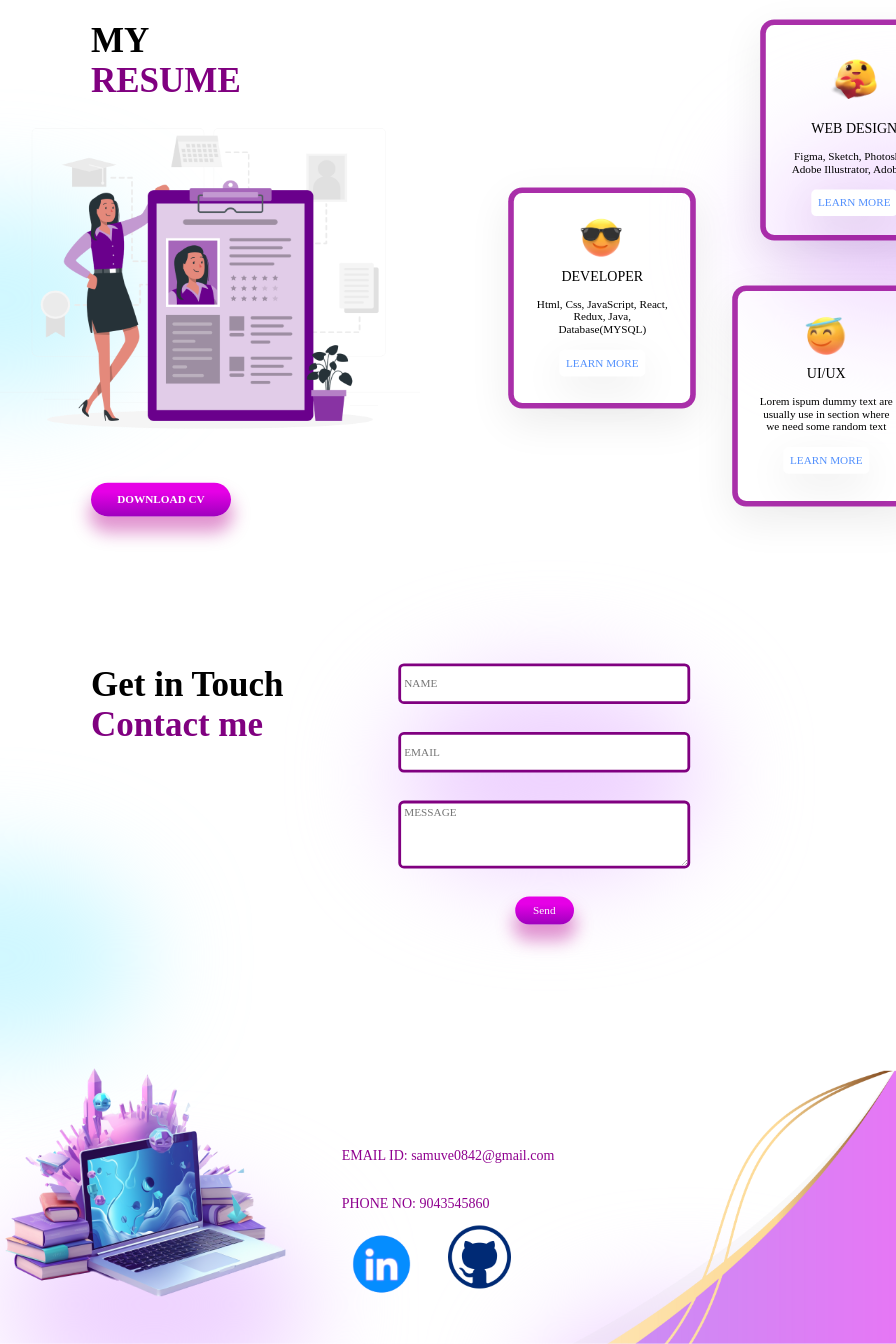
Repository: glorysandy/Protfolio
Page: /
An editor plug-in stored every save of this project. The page is shown before and after the next save, followed by the edit.
The browser window is 1280 px wide. The pictures show the part of the page from y = 3384 to 5304 px (the page is 5304 px tall), at 70% of full size.
Some web fonts or font styles are not loaded; a fallback is used. The project was rebuilt for these pictures with package versions that can differ from the ones it lists, and the page was loaded fresh each time. Imported but missing from the stored project, and not drawn on this page: src/components/Services/SANDHIYA.P (RESUME).pdf.

Above is the page before, as saved 2024-10-17 00:56:44.

### public/index.html
<!DOCTYPE html>
<html lang="en">
  <head>
    <meta charset="utf-8" />
    <link rel="icon" href="%PUBLIC_URL%/favicon.ico" />
    <meta name="viewport" content="width=device-width, initial-scale=1" />
    <meta name="theme-color" content="#000000" />
    <meta
      name="description"
      content="Web site created using create-react-app"
    />
    <style>
      @font-face{
        font-family: Gumela;
        src:url('../src/fonts/*');
      }
      *{
        font-family: 'Gumela';
        font-weight:normal ;
        font-size: 20px;

      }
      body{
        margin: 0;
      }
    </style>
    <link rel="apple-touch-icon" href="%PUBLIC_URL%/logo192.png" />
    <!--
      manifest.json provides metadata used when your web app is installed on a
      user's mobile device or desktop. See https://developers.google.com/web/fundamentals/web-app-manifest/
    -->
    <link rel="manifest" href="%PUBLIC_URL%/manifest.json" />
    <!--
      Notice the use of %PUBLIC_URL% in the tags above.
      It will be replaced with the URL of the `public` folder during the build.
      Only files inside the `public` folder can be referenced from the HTML.

      Unlike "/favicon.ico" or "favicon.ico", "%PUBLIC_URL%/favicon.ico" will
      work correctly both with client-side routing and a non-root public URL.
      Learn how to configure a non-root public URL by running `npm run build`.
    -->
    <title>React App</title>
  </head>
  <body>
    <noscript>You need to enable JavaScript to run this app.</noscript>
    <div id="root"></div>
    <!--
      This HTML file is a template.
      If you open it directly in the browser, you will see an empty page.

      You can add webfonts, meta tags, or analytics to this file.
      The build step will place the bundled scripts into the <body> tag.

      To begin the development, run `npm start` or `yarn start`.
      To create a production bundle, use `npm run build` or `yarn build`.
    -->
  </body>
</html>

### src/components/Navbar/Navbar.jsx
import React from "react";
import Toggle from "../Toggle/Toggle";
import "./Navbar.css";
import { Link } from "react-scroll";
const navbar = () => {
  return (
    <div className="n-wrapper" id="Navbar">
      {/* left */}
      <div className="n-left">
        <div className="n-name">MODE</div>
        <Toggle />
      </div>
      {/* right */}
      <div className="n-right">
        <div className="n-list">
          <ul style={{ listStyleType: "none" }}>
            <li>
              <Link activeClass="active" to="Navbar" spy={true} smooth={true}>
                HOME
              </Link>
            </li>
            <li>
              <Link to="testimonial" spy={true} smooth={true}>
                ABOUT
              </Link>
            </li>
            <li>
              <Link to="works" spy={true} smooth={true}>
                SKILLS
              </Link>
            </li>
            <li>
              <Link to="portfolio" spy={true} smooth={true}>
                PROJECTS
              </Link>
            </li>
            <li>
              <Link to=" services" spy={true} smooth={true}>
                RESUME
              </Link>
            </li>
          </ul>
        </div>
        <Link to="contact" spy={true} smooth={true}>
        <button className="button n-button">CONTACT</button>
        </Link>
      </div>
    </div>
  );
};

export default navbar;

### src/components/Experience/Experience.jsx
import React, { useContext } from "react";
import { themeContext } from "../../Context";
import "./Experience.css";
const Experience = () => {
  const theme = useContext(themeContext);
  const darkMode = theme.state.darkMode;

  return (
    <div className="experience" id='experience'>
      <div className="achievement">
        {/* darkMode */}
        <div className="circle" style={{color: darkMode?'var(--orange)':''}}>4+</div>
        <span  style={{color: darkMode?'white':''}}>months </span>
        <span>Experience</span>
      </div>
      <div className="achievement">
        <div className="circle" style={{color: darkMode?'var(--orange)':''}}>10+</div>
        <span  style={{color: darkMode?'white':''}}>completed </span>
        <span>Projects</span>
      </div>
    </div>
  );
};

export default Experience;

### src/components/Contact/Contact.jsx
import React, { useContext, useRef, useState } from "react";
import "./Contact.css";
import emailjs from '@emailjs/browser';
import { themeContext } from "../../Context";

const Contact = () => {
  const theme = useContext(themeContext);
  const darkMode = theme.state.darkMode;
  const form = useRef();
  const [done, setDone] = useState(false)
  const sendEmail = (e) => {
    e.preventDefault();

    emailjs
      .sendForm(
        "service_y60teja",
        "template_4kj4n7i",
        form.current,
        "ORKOyUiaYznGkr2zZ"
      )
      .then(
        (result) => {
          console.log(result.text);
          setDone(true);
          form.reset();
        },
        (error) => {
          console.log(error.text);
        }
      );
  };

  return (
    <div className="contact-form" id="contact">
      {/* left side copy and paste from work section */}

      <div className="w-left">
        <div className="awesome">
          {/* darkMode */}
          <span style={{color: darkMode?'white': ''}}>Get in Touch</span>
          <span style={{color:"purple"}}>Contact me</span>
          <div
            className="blur s-blur1"
            style={{ background: "#ABF1FF94" }}
          ></div>
        </div>
      </div>
      {/* right side form */}
      <div className="c-right">
      <form ref={form}  onSubmit={sendEmail}>
          <input type="text" name="user_name" className="user"  placeholder="NAME"/>
          <input type="email" name="user_email" className="user" placeholder="EMAIL"/>
          <textarea name="message" className="user" placeholder="MESSAGE"/>
          <input  type="submit" value="Send" className="button"/>
          <span  className="c-t">{done && "Thanks for Contacting me"}</span>  </form>
          <div
            className="blur c-blur1"
            style={{ background: "var(--purple)" }}
          ></div>


      </div>
      </div>

  );
};

export default Contact;

### src/components/Footer/Footer.jsx
import React from "react";
import "./Footer.css";
import Git from "../../img/git3.png";
import ins from "../../img/mylink.png";
import end from "../../img/end.png";
import wave2 from "../../img/AdobeStock_559187959 copy.png";
import { width } from "@fortawesome/free-brands-svg-icons/fa42Group";
const Footer = () => {

  const config ={
    social:{
      Github:'https://github.com/glorysandy',
      LinkedIn:'https://www.linkedin.com/in/sandhiya-parasuraman-822719298/',

    }
}


  return (
    <div className="footer">
     <img src={wave2} alt="" style={{ width: "100%", height: "80%",  marginTop:"-2vh"}} />

     <div className="blur t-blur1" style={{ background: "var(--purple)" }}></div>
      <div className="blur t-blur2" style={{ background: "var(--purple)" }}></div>
      <div className="f-content"  >
        <div>        <span > EMAIL ID: samuve0842@gmail.com</span> <br></br> <br></br> <br></br>
        <span>PHONE NO: 9043545860</span>
        </div>
        <div className="f-back"  >
       <img
          src={end}
          alt=""
        />
        </div>

        <div className="f-icons" >

          <a href={config.social.LinkedIn} ><img src={ins} alt="" /></a>
          <a href={config.social.Github}><img src={Git} alt=""/></a>
        </div>

      </div>
      </div>
  );
};

export default Footer;

### src/components/Toggle/Toggle.jsx
import React, { useContext } from "react";
import "./Toggle.css";
import Moon from "@iconscout/react-unicons/icons/uil-moon";
import Sun from "@iconscout/react-unicons/icons/uil-sun";
import { themeContext } from "../../Context";

const Toggle = () => {
  const theme = useContext(themeContext);
  const darkMode = theme.state.darkMode;
  const handleClick = () => {
    // debugger
    theme.dispatch({ type: "toggle" });
  };
  return (
    <div className="toggle" onClick={handleClick}>
      <Moon />
      <Sun />
      {/*                              toggle.css mein left ki property aik assign hy ussy delete
                                          krna hy pehly */}
      <div
        className="t-button"
        style={darkMode ? { left: "2px" } : { right: "2px" }}
      ></div>
    </div>
  );
};

export default Toggle;

### src/components/Navbar/Navbar.css
.n-wrapper {
  height: 10vh;
  display: flex;
  justify-content: space-between;
  margin-bottom: 2rem;
  top: 0;
}
.n-left {
  flex: 1;
  align-items: center;
  justify-content: left;
  display: flex;
  gap: 2rem;

}
.n-name {
  font-size: 1.3rem;
  font-weight: bold;
}
.n-right {
  flex: 1;
  display: flex;
  align-items: center;
  justify-content: flex-end;
  font-weight: 400;

}
.n-right :hover{
  color: rgb(165, 0, 137);


}
.n-list {
  flex: 10;
}
.n-list > ul {
  display: flex;
  gap: 2rem;
  margin-right: 4rem;
}

.n-list > ul :hover {
  color: var(--orange);
  cursor: pointer;


}

.n-button {
  flex: 2;

}

@media screen and (max-width: 480px) {
  .n-list {
    display: none;
  }
}

### src/components/Testimonials/Testimonial.css
.t-wrapper{
    padding:  0 3rem 0 3rem;;
    height: 100vh;
    display: flex;
    align-items: center;
    justify-content: center;
    margin-top: 7rem;
    flex-direction: column;
    gap: 2rem;
    position: relative;


}
.t-heading{
    align-self: start;

}
.t-heading>*{
    font-size: 2rem;
    font-weight: bold;

}
.t-heading span:nth-of-type(2){
    color: rgba(170, 0, 170, 0.733);
}
.head{
    margin-left: -90vh;
    margin-top: -1rem;
    font-size: 20vh;
    color: purple;
    font-weight: bold;
    display: none;
}
.t-blur1{
    left: 38rem;
    top: 16rem;
}
.t-blur2{
    top: 9rem;
    left: 0;
}
.t-back{
    display: flex;
    position: relative;
    width: 35rem;
    height:35rem;
    left:-115vh;
    top:-3rem;
}
.t-sen{
font-size:1.6rem;
}
.t-sen:hover{
cursor: pointer;
color: rgb(121, 1, 101);
box-shadow: 0 0 20px rgb(255, 53, 238);
padding: 0.7rem;
border-radius: 5px;
}
.dup{
    display: none;

}
.dup{
    cursor: pointer;
    color: rgb(121, 1, 101);
    box-shadow: 0 0 20px rgb(255, 53, 238);
    padding: 0.7rem;
    border-radius: 5px;

}
@media screen and (max-width: 480px) {

    .t-back{
        flex-direction: column;
        transform: scale(0.6);
        margin-left:  -115px;
        gap:5rem;
        height: 64rem;
        margin-top: -70vh;
        position: relative;
    }
    .head{
        margin-top: -300vh;
        display: flex;
        margin-left: -20px;
    font-size: 20rem;
    font-weight: bolder;
    }
    .dup  {

        display: flex;
        margin-top: 4vh;
        transform: scale(1.0);
        border: 5px solid purple;
        color: black;
        width: 65vh;
        justify-content: start;
    }
    .c-t{
        transform: scale(0.7);
        margin-top: -2rem;
    }
}

### src/components/Experience/Experience.css
.experience {
  display: flex;
  align-items: center;
  justify-content: center;
  gap: 5rem;
  height: 30vh;
  margin-bottom: 8rem;
  /* darkmode */
  color: var(--black);
  margin-top: 15vh;
}
.achievement{
    display: flex;
    flex-direction: column;
    align-items: center;
}
.circle {

    width: 4rem;
    height: 4rem;
    background: white;
    border-radius: 100%;
    position: relative;
    display: flex;
    align-items: center;
    justify-content: center;
    font-size: 1.5rem;
    font-weight: bold;
    margin-bottom: 2rem;
}
.circle::before {
    border-radius: 100%;
    content: '';
    background-image: linear-gradient(to bottom, #87e6fb 0%, #ffc05c 100%);
    top: -8px;
    left: -8px;
    bottom: -8px;
    right: -8px;
    position: absolute;
    z-index:-1;
    box-shadow: var(--boxShadow);
}

.achievement span:nth-of-type(2){
    color: var(--orange);
}


@media screen and (max-width: 480px) {
    .experience{
        transform: scale(0.7);
        margin-top: 7rem;
    }
}

### src/components/Portfolio/Portfolio.css
.portfolio {
  display: flex;
  align-items: center;
  justify-content: center;
  flex-direction: column;
  height: 70vh;
margin-top: 3rem;;
}
/* heading */
.portfolio span:nth-of-type(1) {
  color: var(--black);
  font-size: 2rem;
  font-weight: bold;
}

.portfolio span:nth-of-type(2) {
  color: purple;
  font-size: 2.5rem;
  font-weight: bold;
}

/* slider */
.portfolio .swiper{
    overflow: visible!important;
}

.portfolio-slider {
  margin-top: 6rem;
  width: 100%;
}

.portfolio-slider .swiper-slide {
  width: 20rem;
}
.portfolio img {
  width: 19rem;
  filter: drop-shadow(-12px 15px 13px rgba(0, 0, 0, 0.25));
  border-radius: 19px;
}
.slide{
  cursor: pointer;
  background-color: rgb(1, 12, 22);
}
.s-blur2 {
  left: 14rem;
  top: 8rem;
}

.s-blur1 {
  top: 13rem;
  left: -18rem;
}

### src/components/Services/Services.css
.services {
  padding: 0 3rem 0 3rem;
  display: flex;
  height: 30rem;
  margin-bottom: 8rem;
  margin-top: 5rem;
  margin-bottom: 13rem;
  /* scroll view */
  padding-top: 3rem;
}
/* left side */
.awesome {
  display: flex;
  flex-direction: column;
  position: relative;
  /* gap: 20px; */
}

.awesome > :nth-child(1) {
  color: var(--black);
  font-size: 2.5rem;
  font-weight: bold;
}
.awesome > :nth-child(2) {
  color: purple;
  font-size: 2.5rem;
  font-weight: bold;
}
.awesome > :nth-child(3) {
  color: var(--gray);
  font-size: 14px;
  margin-top: 1rem;
}
.s-back{
  display: flex;
  position: relative;
  height: 80vh;
  width: 80vh;
  margin-left: -130px;
  margin-top: -3rem;
}

.s-button {
  width: 10rem;
  height: 2.4rem;
  margin-top: -0.3rem;
font-weight: 600;
}
/* right sided */
.cards {
  position: relative;
  left: 32vh;
}
.cards > * {
  position: absolute;
}

/* blur */
.s-blur2 {
  left: 14rem;
  top: 8rem;
}

.s-blur1 {
  top: 13rem;
  left: -18rem;
}

@media screen and (max-width: 480px) {
  .services {
    margin-top: 4rem;
    flex-direction: column;
    gap: 5rem;
    height: 66rem;
    padding: 2px;
  }
.s-back{
  transform: scale(0.8);
  padding: 1rem;
}
  .cards {
    display: flex;
    flex-direction: column;
    gap: 17rem;
  }
  .cards > * {
    position: static;
  }
  .s-button{
    justify-content: center;
    margin-left: 4rem;
  }
}

### src/components/Contact/Contact.css
.contact-form{
    padding: 0 3rem 0 3rem;
    display: flex;
    height: 80vh;
    margin-top: 1rem;
      /* scroll */
  padding-top: 3rem;
}


.c-right{
    display: flex;
    justify-content: center;
    position: relative;
    flex: 1;
}

.c-right>form
{
    display: flex;
    flex-direction: column;
    gap: 2rem;
    align-items: center;

}

.c-right .user{
    width: 20rem;
    height: 2rem;
    padding: 0.3em;
    outline: none;
    border: 4px solid purple;
    border-radius: 8px;
    font-size: 16px;

}

.user:hover{
    border: 4px solid purple ;
    background-color: rgb(245, 194, 255);
    box-shadow: 0 0 20px rgb(255, 170, 248);
cursor: pointer;
}
textarea{
    height: 4rem!important;
}

.c-blur1{
    top: 1rem;
    left: 8rem;
}

@media screen and (max-width: 480px) {
    .contact-form{
        padding: 1rem;
        flex-direction: column;
        gap: 5rem;
        height: 40rem;
        margin-top: 20rem;
    }
    .c-right .user{
        width: 16rem;
    }

}

### src/components/Footer/Footer.css
.footer {
  display: flex;
  align-items: center;
  margin: -0.5rem -3.5rem;
  position: relative;
  margin-top: 1rem;

}

.f-content {
  position: absolute;
  display: flex;
  align-items: center;
  justify-content: center;
  flex-direction: column;
  width: 100%;
  margin-top: 2rem;
  gap: 4rem;
  color: rgb(143, 0, 143);
  font-weight: 700;
  font-size: 10rem;
}
.f-ip{
  display: flex;
  position: relative;
  width: 5rem;
  height:5rem;

}
.f-icons {
  display: flex;
  gap: 2rem;
  margin-top: -3rem;
  margin-left: -60px;
}
.f-icons:hover{
color:rgb(254, 255, 176);
cursor: pointer;
}
.f-back{
  position: absolute;
  margin-left: -120vh;
  margin-top: -6rem;
}
@media screen and (max-width: 480px){
  .footer{
    margin-top: -8rem;
  }
  .f-content{
    transform: scale(.5);
    margin-left: 20px;
    margin-top: -0.5rem;


  }
  .f-back{
    transform: scale(0.65);
   margin-left: -570px;
  }
}

### src/components/Toggle/Toggle.css
.toggle{
    display: flex;
    justify-content:space-between;
    border: 3px solid var(--purple);
    border-radius: 1rem;
    position: relative;
    padding: 2px;
    cursor: pointer;

}
.toggle>*{
    width: 1rem;
    height: 1rem;
    color: purple;
}
.t-button{
    border-radius: 100%;
    background: var(--purple );
    position: absolute;
}
.t-button:hover{
    background: linear-gradient(180deg, #e600e6 26.71%, #9f00be 99.36%);
    box-shadow: 0px 20px 24px 3px rgba(184, 0, 144, 0.42);

}

### src/components/Card/Card.css
.card {
  width: 10rem;
  height: 13rem;
  position: absolute;
  display: flex;
  flex-direction: column;
  gap: 1rem;
  align-items: center;
  width: 10rem;
  text-align: center;
  background: rgba(255, 255, 255, 0.26);
  border: 8px solid rgba(150, 0, 150, 0.815);
  box-shadow: var(--boxShadow);
  border-radius: 20px;
  padding: 0px 26px 2rem 26px;
}
.card span:nth-of-type(2) {
  color: var(--gray);
  font-size: 16px;
}
.card > img {
  transform: scale(0.6);
  margin-bottom: -2rem;
}
.c-button {
    background: #FFFFFF;
    box-shadow: 0px 19px 60px rgba(0, 0, 0, 0.08);
    border-radius: 7px;
    border: none;
    padding: 10px;
    font-size: 16px;
    color: #5290FD;
}

.c-button:hover{
    transform: scale(1.1);
    cursor: pointer;
}
/* cards */




@media screen and (max-width: 480px){
  .card{
    width: 240px;
    margin-left: -140px;
    justify-content: center;
    padding: 1 rem;
  }
}

Loaded but not shown: src/index.js (common file); src/App.js (common file); src/Context.js (common file); src/App.css (common file); src/components/FloatingDiv/FloatingDiv.jsx (common file); src/components/Card/Card.jsx (common file); src/components/FloatingDiv/FloatingDiv.css (common file); src/components/Intro/Intro.jsx (109 lines, source omitted); src/components/Works/Works.jsx (95 lines, source omitted); src/components/Services/Services.jsx (95 lines, source omitted); src/components/Testimonials/Testimonial.jsx (42 lines, source omitted); src/components/Works/Works.css (150 lines, source omitted); src/components/Intro/Intro.css (129 lines, source omitted); src/components/Portfolio/Portfolio.jsx (69 lines, source omitted)

After the next save:
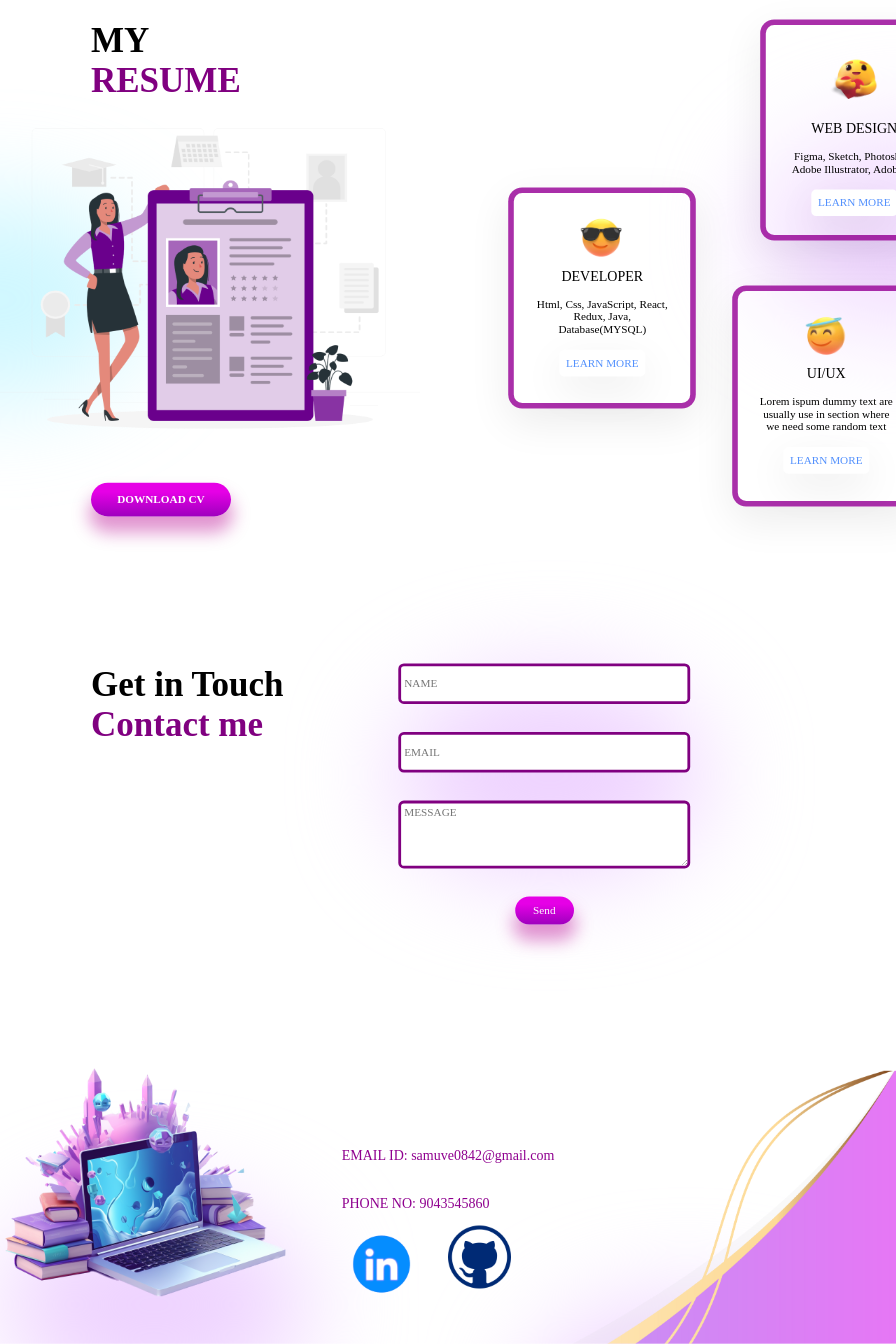
Saved 37 s later.
--- a/src/components/Contact/Contact.jsx
+++ b/src/components/Contact/Contact.jsx
@@ -39,10 +39,6 @@
           {/* darkMode */}
           <span style={{color: darkMode?'white': ''}}>Get in Touch</span>
           <span style={{color:"purple"}}>Contact me</span>
-          <div
-            className="blur s-blur1"
-            style={{ background: "#ABF1FF94" }}
-          ></div>
         </div>
       </div>
       {/* right side form */}

After the save that followed:
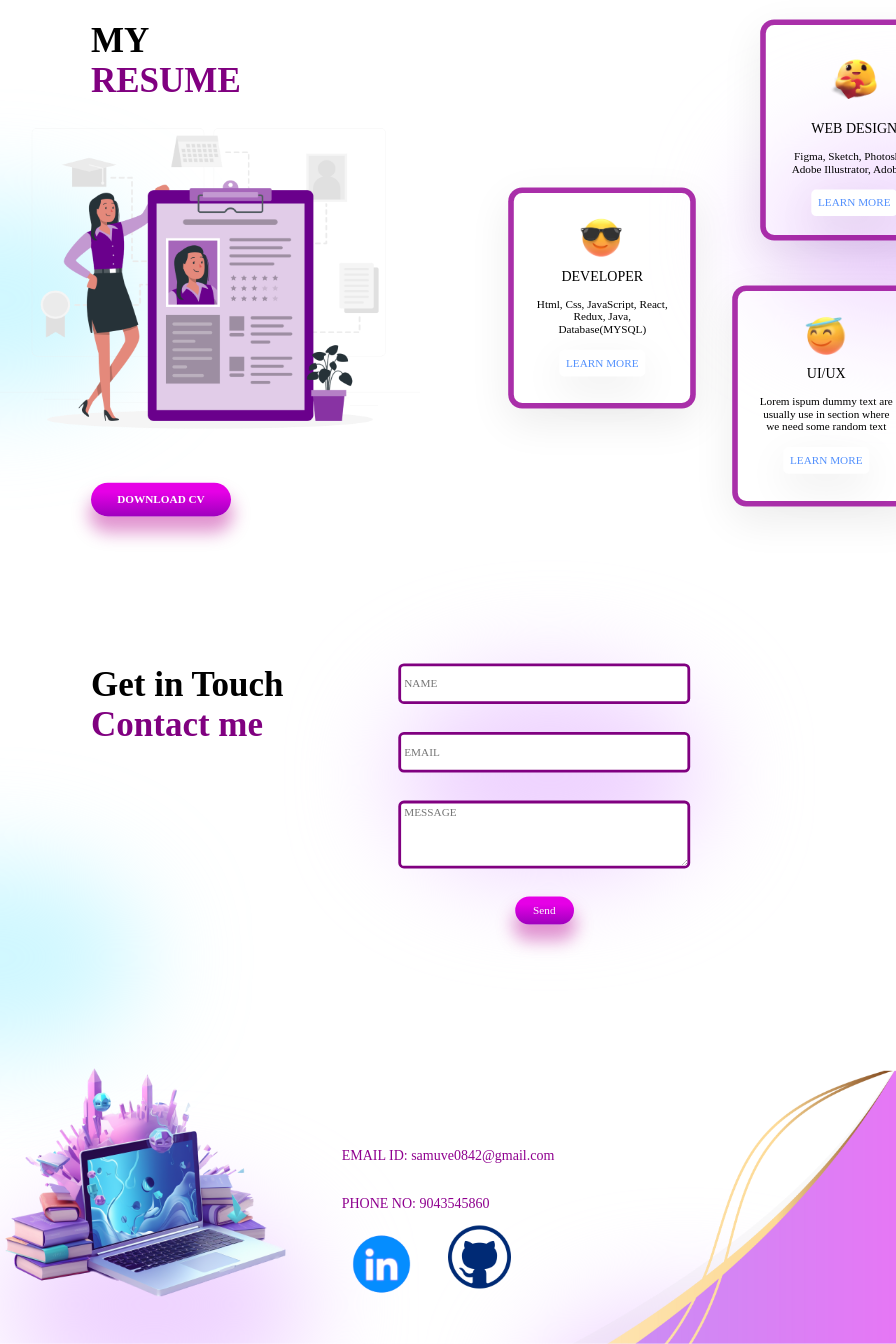
Saved 17 s later.
--- a/src/components/Contact/Contact.jsx
+++ b/src/components/Contact/Contact.jsx
@@ -39,6 +39,10 @@
           {/* darkMode */}
           <span style={{color: darkMode?'white': ''}}>Get in Touch</span>
           <span style={{color:"purple"}}>Contact me</span>
+          <div
+            className="blur s-blur1"
+            style={{ background: "#ABF1FF94" }}
+          ></div>
         </div>
       </div>
       {/* right side form */}
